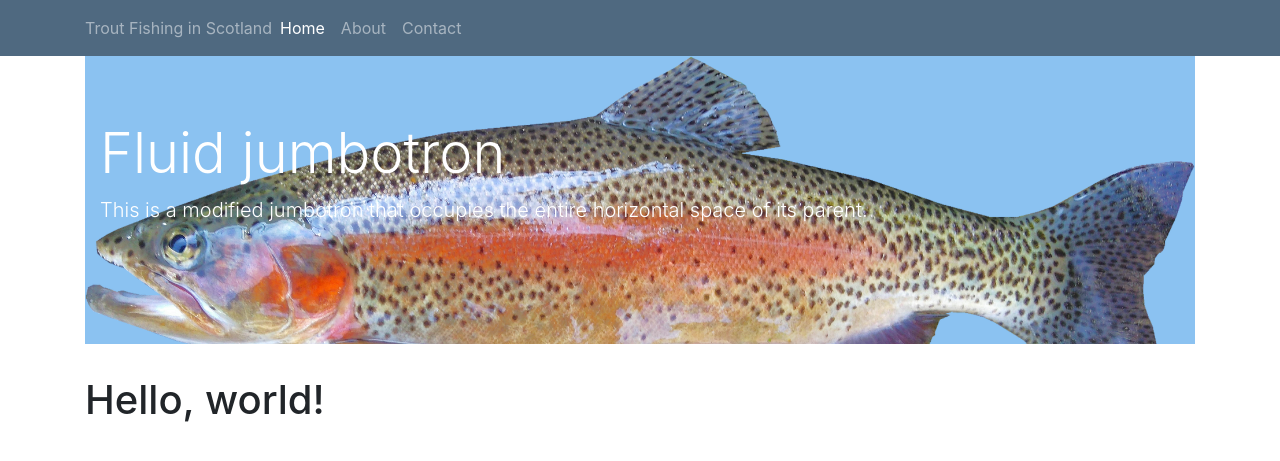
Repository: adrian9211/College_project
Page: index.html
An editor plug-in stored every save of this project. The page is shown before and after the next save, followed by the edit.
The browser window is 1280 px wide. The pictures show the whole page.

Above is the page before, as saved 2020-10-28 13:53:47.

### index.html
<!doctype html>
<html lang="en">
  <head>
    <!-- Required meta tags -->
    <meta charset="utf-8">
    <meta name="viewport" content="width=device-width, initial-scale=1, shrink-to-fit=no">

    <!-- Bootstrap CSS -->
    <link rel="stylesheet" href="https://cdn.jsdelivr.net/npm/bootstrap@4.5.3/dist/css/bootstrap.min.css" integrity="sha384-TX8t27EcRE3e/ihU7zmQxVncDAy5uIKz4rEkgIXeMed4M0jlfIDPvg6uqKI2xXr2" crossorigin="anonymous">
    <link rel="stylesheet" href="css/style.css">

    <title>Trout fishing in Scotland</title>
  </head>
  <body>
      <!-- Navigation  bar start -->
    <nav class="navbar navbar-expand-md navbar-dark sticky-top" role="navigation" id="navbar2" style="background-color: #4F6980;">
        <div class="container">
          <a href="index.html"><span class="navbar-text">Trout Fishing in Scotland</span></a>
          <button class="navbar-toggler" data-toggle="collapse" data-target="#collapse_target">
            <span class="navbar-toggler-icon"></span>
          </button>
          <div class="collapse navbar-collapse" id="collapse_target">
          <ul class="navbar-nav " >
            <li class="nav-item active">
              <a class="nav-link " href="index.html">Home </a>
            </li>
            <li class="nav-item ">
              <a class="nav-link " href="portfolio.html">About</a>
            </li>
            <li class="nav-item ">
              <a class="nav-link " href="contact.html">Contact</a>
            </li>
          </ul>
        </div>
        </div>
      </nav>
      <!-- Navigation  bar end -->
      <div class="container">
        <div class="jumbotron jumbotron-fluid">
            <div class="container alt">
              <h1 class="display-4">Fluid jumbotron</h1>
              <p class="lead">This is a modified jumbotron that occupies the entire horizontal space of its parent.</p>
            </div>
        </div>
          <main>

          </main>
        <h1>Hello, world!</h1>

        </div>
    <!-- Scripts for bootstrap -->
    <script src="https://code.jquery.com/jquery-3.5.1.slim.min.js" integrity="sha384-DfXdz2htPH0lsSSs5nCTpuj/zy4C+OGpamoFVy38MVBnE+IbbVYUew+OrCXaRkfj" crossorigin="anonymous"></script>
    <script src="https://cdn.jsdelivr.net/npm/bootstrap@4.5.3/dist/js/bootstrap.bundle.min.js" integrity="sha384-ho+j7jyWK8fNQe+A12Hb8AhRq26LrZ/JpcUGGOn+Y7RsweNrtN/tE3MoK7ZeZDyx" crossorigin="anonymous"></script>
  </body>
</html>

### css/style.css
.jumbotron {
    background-image: url("../img/trout.png");
    background-color: rgb(139, 194, 241);
    background-size: cover;
    height: 40vh;
}

.alt h1, p {
    color: #fff;
}

After the next save:
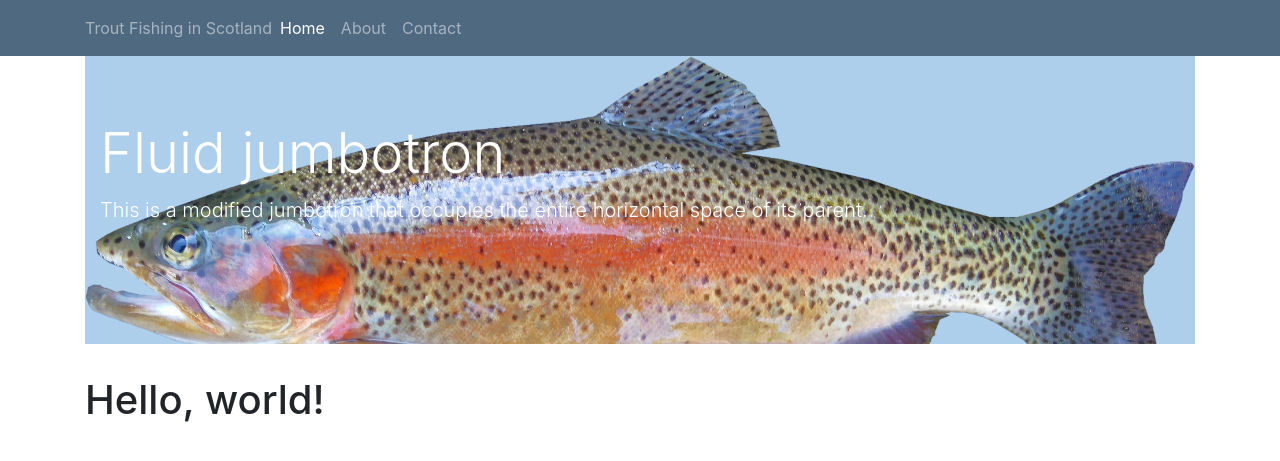
Saved 5 s later.
--- a/css/style.css
+++ b/css/style.css
@@ -1,6 +1,6 @@
 .jumbotron {
     background-image: url("../img/trout.png");
-    background-color: rgb(139, 194, 241);
+    background-color: rgb(173, 207, 236);
     background-size: cover;
     height: 40vh;
 }
